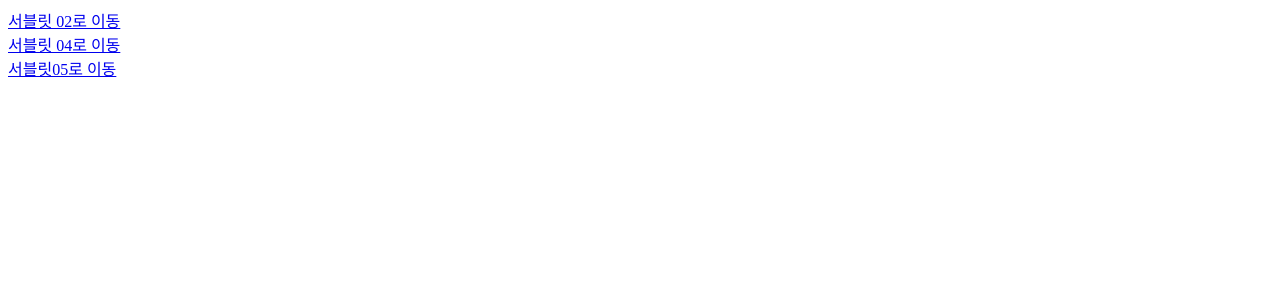
Repository: Minh137/java_works
Page: web05/src/main/webapp/index.html
These files come from the project's save history. The page is drawn as it stood at one moment and after the next save; the edit follows.
The browser window is 1280 px wide. The pictures show the whole page.

Above is the page before, as saved 2024-08-26 01:24:44.

### web05/src/main/webapp/index.html
<!DOCTYPE html>
<html>
<head>
<meta charset="UTF-8">
<title>Insert title here</title>
</head>
<body>
 <a href="servlet01?str=james">서블릿 02로 이동</a><br>
  <a href="servlet03?str=alice">서블릿 04로 이동</a><br>
  <a href="servlet05?str=andrew">서블릿05로 이동</a>
</body>
</html>

After the next save:
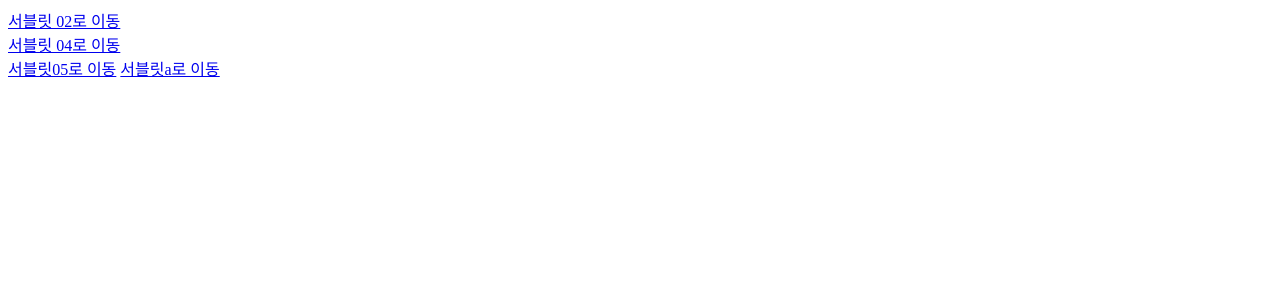
Saved 42 s later.
--- a/web05/src/main/webapp/index.html
+++ b/web05/src/main/webapp/index.html
@@ -8,5 +8,6 @@
  <a href="servlet01?str=james">서블릿 02로 이동</a><br>
   <a href="servlet03?str=alice">서블릿 04로 이동</a><br>
   <a href="servlet05?str=andrew">서블릿05로 이동</a>
+  <a href="servleta">서블릿a로 이동</a>
 </body>
 </html>
